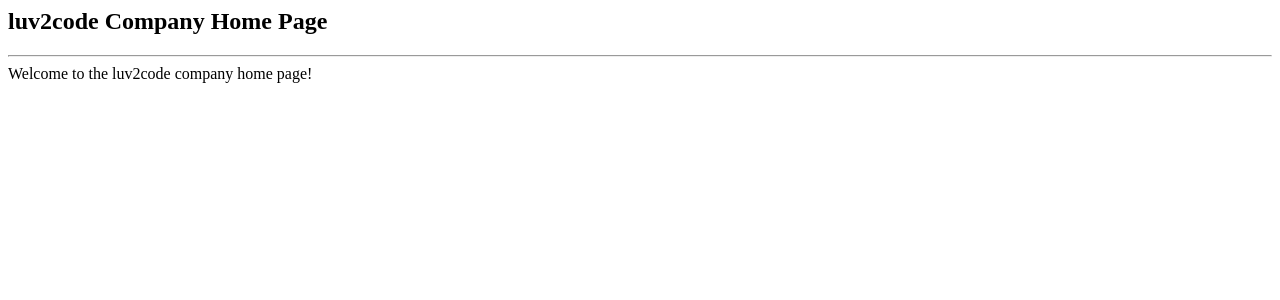
Repository: RKSAHOO4414/spring_basic
Page: http://localhost/spring-security-demo-05-logout/
These files come from the project's save history. The page is drawn as it stood at one moment and after the next save; the edit follows.
The browser window is 1280 px wide. The pictures show the whole page.
The page is served by Tomcat 9.

Above is the page before, as saved 2022-07-22 09:27:17.

After the next save:
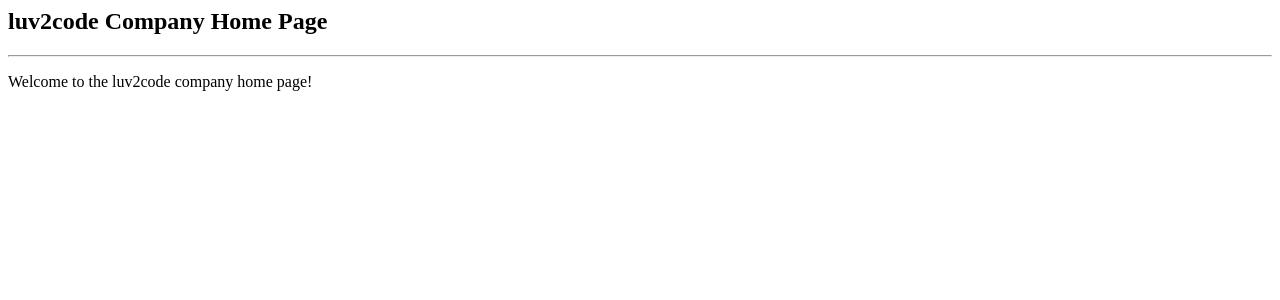
Saved 47 s later.
--- a/spring-security-demo-05-logout/src/main/webapp/WEB-INF/view/home.jsp
+++ b/spring-security-demo-05-logout/src/main/webapp/WEB-INF/view/home.jsp
@@ -11,7 +11,9 @@
 	<h2>luv2code Company Home Page</h2>
 	<hr>
 
-	Welcome to the luv2code company home page!
+	<p>
+		Welcome to the luv2code company home page!
+	</p>
 
 </body>
 
